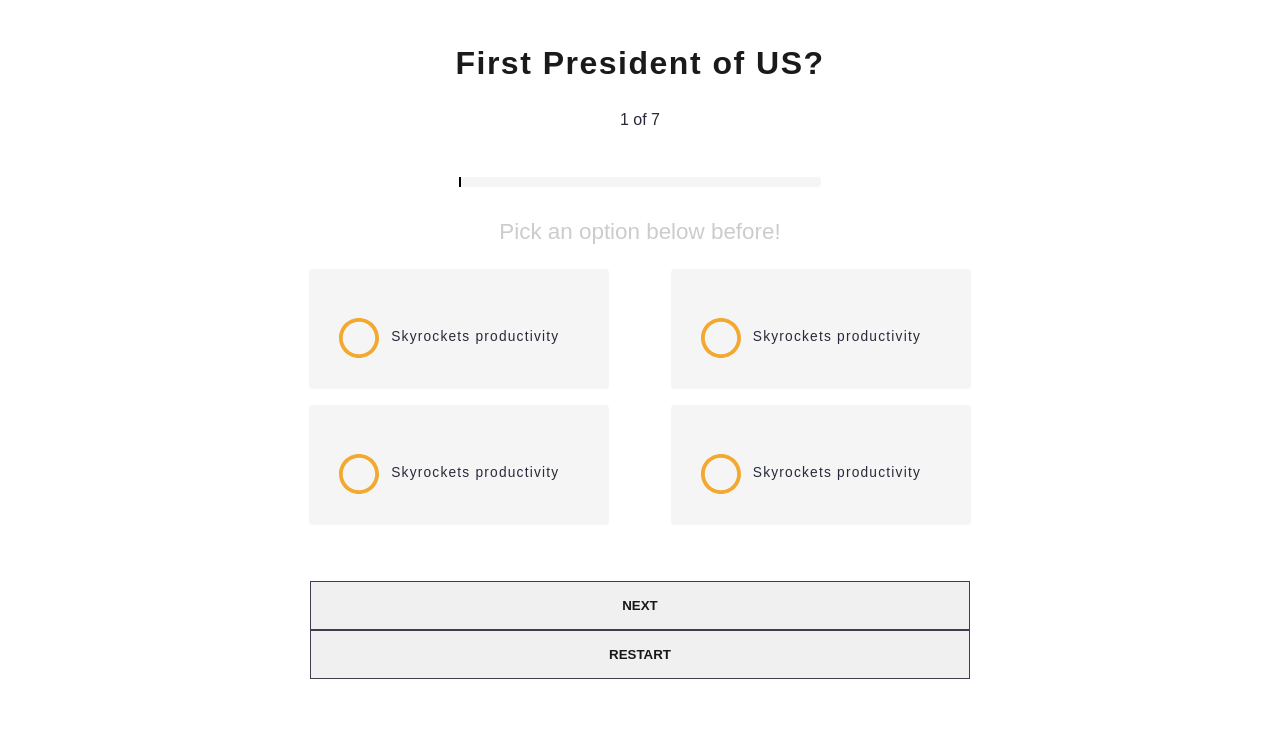
Repository: mukiSabljakovic/Quiz-APP
Page: index.html
The author's editor kept a copy of each file at every save. The page is drawn from the files as they stood at one save, then again after the next save.
The browser window is 1280 px wide. The pictures show the whole page.
Some web fonts or font styles are not loaded; a fallback is used.

Above is the page before, as saved 2020-05-04 16:38:36.

### index.html
<!DOCTYPE html>
<html lang="en">
<head>
    <meta charset="UTF-8">
    <meta name="viewport" content="width=device-width, initial-scale=1.0">
    <title>Quiz</title>
    <link rel="stylesheet" href="css/style.css">
</head>
<body>
    <div class="app">
        <div class="container">
            <div class="jabquiz">

                <div class="jabquiz__question-box">
                    <h1 class="jabquiz__question"></h1>
                    <p class="jabquiz__tracker">1 of 7</p>
                    <div class="progress">
                        <div class="progress__inner">

                        </div>
                    </div>
                    <p class="jabquiz__tagline">Pick an option below before!</p>
                </div>



                <div class="jabquiz__choices-box">
                    <ul class="jabquiz__choices">
                        <!-- dynamically with js -->
                        <li class="jabquiz__choice">
                            <input type="radio" name="choice" id="choice0" class="jabquiz__input">
                            <label for="choice0" class="jabquiz__label">
                                <i></i>
                                Skyrockets productivity
                            </label>
                        </li>
                        <li class="jabquiz__choice">
                            <input type="radio" name="choice" id="choice1" class="jabquiz__input">
                            <label for="choice1" class="jabquiz__label">
                                <i></i>
                                Flexibility
                            </label>
                        </li>
                        <li class="jabquiz__choice">
                            <input type="radio" name="choice" id="choice2" class="jabquiz__input" >
                            <label for="choice2" class="jabquiz__label">
                                <i></i>
                                Faster Developements
                            </label>
                        </li>
                        <li class="jabquiz__choice">
                            <input type="radio" name="choice" id="choice3" class="jabquiz__input" >
                            <label for="choice3" class="jabquiz__label">
                                <i></i>
                                Improves Software Quality
                            </label>
                        </li>
                    </ul>
                </div>



                <div class="jabquiz__footer">
                    <button class="button button--bordered next">Next</button>
                    <button class="button button--bordered restart">Restart</button>
                </div>



            </div>
        </div>
    </div>

    <script src="js/app.js" type="module"></script>
</body>
</html>

### css/style.css
@import url("https://fonts-googleapis.com/css?family=Raleway|PT+Serif:700");


:root {
    --main-font-color: #1a1a1a;
    --main-bg-color: white;
    --main-theme-color: rgb(243, 168, 47);
    --light-white: #f5f5f5;
    --light-gray: #ccc;
    --light-black: #282a39;
    --container-width: 768px;
    --font-body-stack: Raleway, Charcoal, sans-serif;
    --font-heading-stack: "PT Serif", sans-serif;

}

* {
 padding: 0;
 margin: 0;
 box-sizing: border-box;
}

.container {
    max-width: var(--container-width);
    margin-right: auto;
    margin-left: auto;
}

.button {
    padding: 1rem 3.8rem;
    text-transform: uppercase;
    border: 1px solid #eee;
    outline: 0;
    opacity: .9;
    font-weight: bold;
    transition: .3s all ease;
}

.button:hover {
    opacity: 1;
    background: var(--light-black);
    color: white;
}

.button.button--bordered {
    border: 1px solid var(--light-black);
}

.jabquiz {
    padding: 2rem 1.4rem;
}

.jabquiz__question-box {
    text-align: center;
}

.jabquiz__question {
    font-family: var(--font-heading-stack);
    font-weight: bold;
    letter-spacing: 1.5px;
    padding: 0.8rem 4rem;
    color: var(--main-font-color);
}

.jabquiz__tracker {
    font-family: var(--font-body-stack);
    color: var(--light-black);
    padding: 1rem;
}

.jabquiz__tagline {
    font-family: var(--font-body-stack);
    color: var(--light-gray);
    font-size: 1.4rem;
}

.progress {
    border-radius: 4px;
    margin: 2rem auto;
    width: 50%;
    background-color: var(--light-white);
}

.progress__inner {
    height: 10px;
    width: 0%;
    background-color: var(--main-theme-color);
    border-right: 2px solid black;
}

/* .jabquiz__choices-box {

} */

.jabquiz__choices {
    list-style-type: none;
    margin: 1rem auto;
    display: flex;
    flex-wrap: wrap;
}

.jabquiz__choice {
    min-width: 300px;
    border-radius: 4px;
    display: block;
    background: var(--light-white);
    margin: .5rem auto;
    font-family: sans-serif;
    color: var(--light-black);
    letter-spacing: 1.2px;
    font-size: .86rem;
}

.jabquiz__label {
    padding: 2rem 2rem;
    display: flex;
    align-items: center;
}

.jabquiz__choices input {
    opacity: 0;
}

.jabquiz__choices input:checked + label {
    color: var(--main-theme-color);
}

.jabquiz__choices input:checked + label i {
    background-image: url('../images/interface.svg');

}

.jabquiz__choices label i {
    background: url('../images/circle.svg');
    background-size: 40px;
    height: 40px;
    width: 40px;
    display: inline-block;
    position: relative;
    top: 1px;
    left: -2px;
    margin-right: 10px;
}

.jabquiz__footer {
    padding: 2rem;
    display: flex;
    flex-direction: column;
}

### js/app.js
import Question from "./Question.js";
import Quiz from "./Quiz.js";


const App = (() => {
 // cache the DOM
 const quizEl = document.querySelector(".jabquiz");
 const quizQuestionEl = document.querySelector(".jabquiz__question");
 const trackerEl = document.querySelector(".jabquiz__tracker");
 const taglineEl = document.querySelector(".jabquiz__tagline");
 const choicesEl = document.querySelector(".jabquiz__choices");
 const progressInnerEl = document.querySelector(".progress__inner");
 const nextButtonEL = document.querySelector(".next");
 const restartButtonEl = document.querySelector(".restart");

 const q1 = new Question(
     "First President of US?",
     ["Barrack", "Osama", "George", "Monkey"],
     2
 )

 const q2 = new Question(
    "When was JS created?",
    ["June 1995", "May 1995", "July 1885", "Sept 1996"],
    1
)

const q3 = new Question(
    "What does CSS stand for?",
    ["Cusa", "Cisa", "Cascading Style Sheets", "Cosa"],
    2
)

const q4 = new Question(
    "THe full form of HTML is...",
    ["Hypothalamus", "Hisan", "Huca", "Hyper Text Markup Language"],
    3
)

const q5 = new Question(
    "Console.log(typeof []) would return what?",
    ["Barr", "Object", "Null", "Array"],
    1
)

const quiz = new Quiz([q1, q2, q3, q4, q5]);

const setValue = (elem, value) => {
    elem.innerHTML = value;
}

const renderQuestion = _ => {
    const question = quiz.getCurrentQuestion().question;
    setValue(quizQuestionEl, question);
}

renderQuestion();

const renderChoicesElements = _ => {
    let markup = "";
    const currentChoices = quiz.getCurrentQuestion().choices;
    currentChoices.forEach((elem, index) => {
        markup += `
            <li class="jabquiz__choice">
            <input type="radio" name="choice" id="choice${index}" class="jabquiz__input">
            <label for="choice${index}" class="jabquiz__label">
                <i></i>
                Skyrockets productivity
            </label>
        </li>
        `
    });
    choicesEl.innerHTML = markup;
}
renderChoicesElements();

const renderAll = _ => {

    if (quiz.hasEnded()) {
        // renderEndScreen
    } else {
        // 1. render the question
        renderQuestion();
        // 2. render the choices elements
        // 3. render Tracker
        // 4. render Progress
    }
}
})();

### js/Question.js
export default function Question(question, choices, answerKey) {
    this.question = question;
    this.choices = choices;
    this.answerKey = answerKey;

}

Question.prototype.isCorrect = function (guessKey) {
    return guessKey === this.answerKey;
}

### js/Quiz.js

export default function Quiz(questions) {
    this.questions = questions;
    this.score = 0;
    this.currentIndex = 0;
}

Quiz.prototype.getCurrentQuestion = function() {
    return this.questions[this.currentIndex];
}


Quiz.prototype.nextIndex = function() {
    this.currentIndex++;
}

Quiz.prototype.hasEnded = function() {
    return this.currentIndex === this.questions.length;
}

Quiz.prototype.guess = function(userGuess) {
    const currentQuestion = this.question[this.currentIndex];
    if (currentQuestion.issCorrect(userGuess)) {
        this.score++;
    }
    this.nextIndex();
}

### images/circle.svg
<?xml version="1.0" encoding="iso-8859-1"?>
<!-- Generator: Adobe Illustrator 19.0.0, SVG Export Plug-In . SVG Version: 6.00 Build 0)  -->
<svg version="1.1" id="Layer_1" xmlns="http://www.w3.org/2000/svg" xmlns:xlink="http://www.w3.org/1999/xlink" x="0px" y="0px"
	 viewBox="0 0 512 512" style="enable-background:new 0 0 512 512;" xml:space="preserve">
<path style="fill:#F3a82f;" d="M255.832,48.032c114.859,0.096,207.896,93.277,207.8,208.137s-93.277,207.896-208.137,207.8
	C140.7,463.872,47.695,370.795,47.695,256C47.871,141.149,140.981,48.112,255.832,48.032 M255.832,0
	C114.443,0.096-0.096,114.779,0,256.168S114.779,512.096,256.168,512C397.485,511.904,512,397.317,512,256
	C511.952,114.571,397.261-0.048,255.832,0z"/>
<g>
</g>
<g>
</g>
<g>
</g>
<g>
</g>
<g>
</g>
<g>
</g>
<g>
</g>
<g>
</g>
<g>
</g>
<g>
</g>
<g>
</g>
<g>
</g>
<g>
</g>
<g>
</g>
<g>
</g>
</svg>

After the next save:
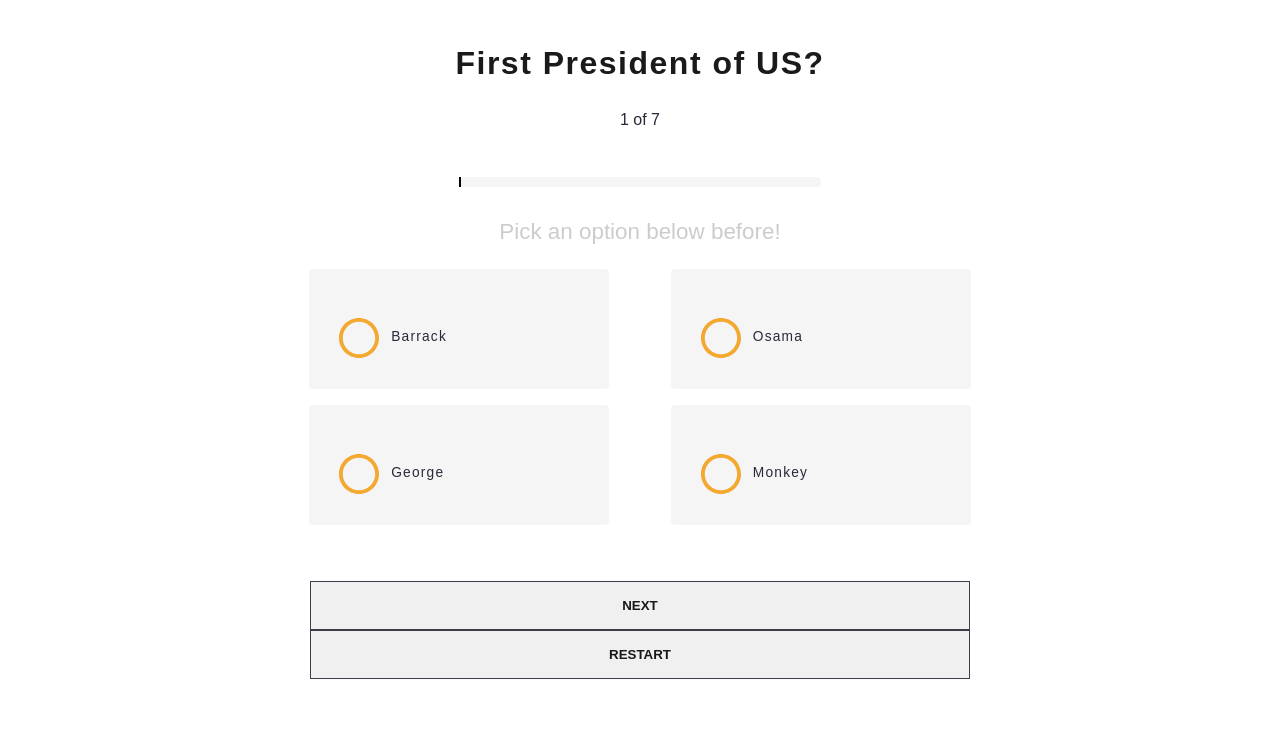
Saved 25 s later.
--- a/js/app.js
+++ b/js/app.js
@@ -65,7 +65,7 @@ const renderChoicesElements = _ => {
             <input type="radio" name="choice" id="choice${index}" class="jabquiz__input">
             <label for="choice${index}" class="jabquiz__label">
                 <i></i>
-                Skyrockets productivity
+               <span>${elem}</span>
             </label>
         </li>
         `
